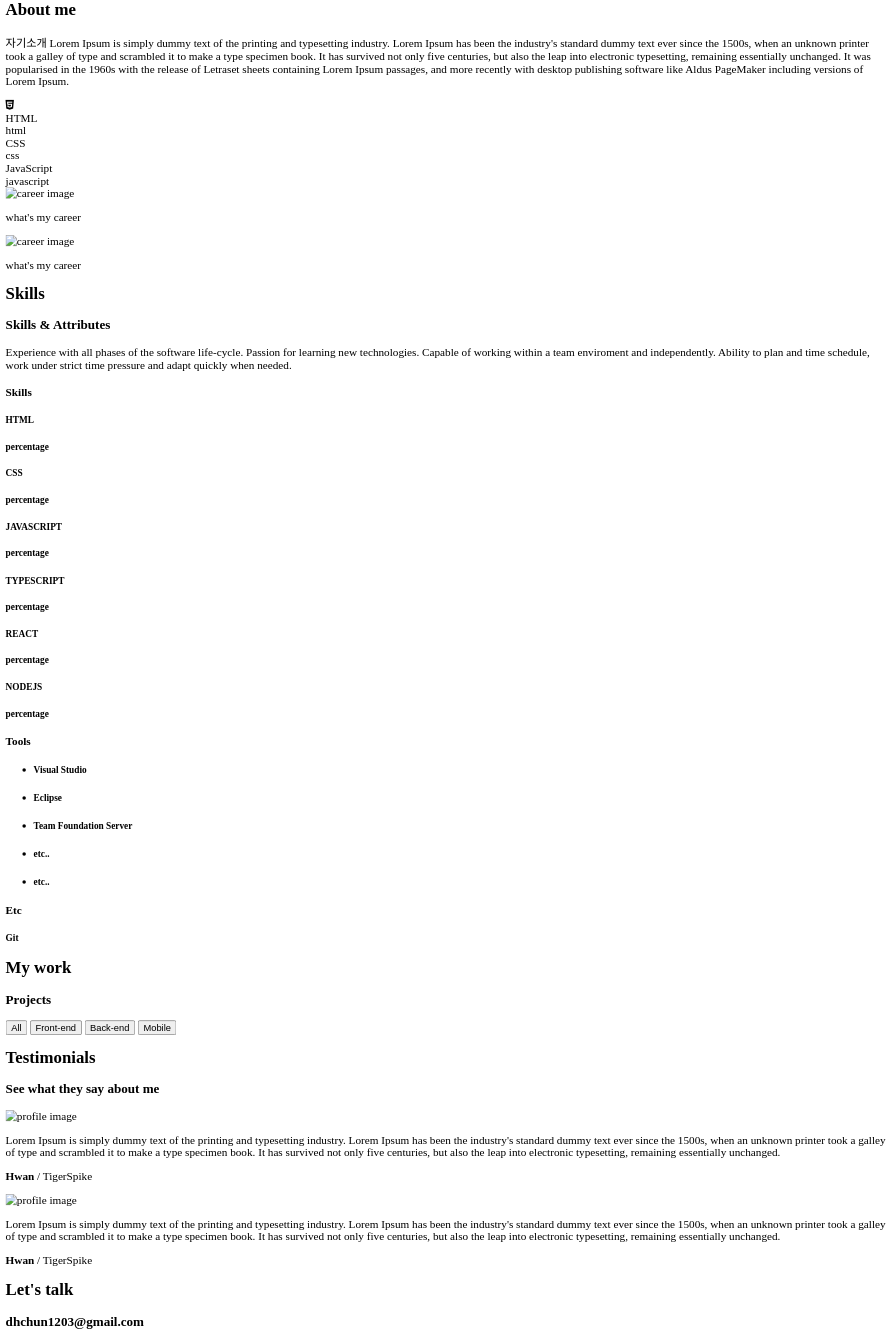
Repository: dhchun1203/Portfolio
Page: index.html
The author's editor kept a copy of each file at every save. The page is drawn from the files as they stood at one save, then again after the next save.
The browser window is 1280 px wide. The pictures show the part of the page from y = 652 to 2552 px (the page is 2603 px tall before and 2639 px after), at 70% of full size.
A picture or video elsewhere on the page could not be fetched, so the positions and the page height are approximate. Some web libraries are served in a nearby version.

Above is the page before, as saved 2020-12-03 22:16:08.

### index.html
<!DOCTYPE html>
<html lang="en">
	<head>
		<meta charset="UTF-8" />
		<meta name="viewport" content="width=device-width, initial-scale=1.0" />
		<title>Hwan's Portfolio</title>
		<meta
			name="description"
			content="portfolio for world-renowned software engineer Hwan"
		/>
		<meta name="author" content="Hwan" />
		<link rel="icon" type="image/png" href="imgs/favicon.png" />
		<script
			src="https://kit.fontawesome.com/8b98a99811.js"
			crossorigin="anonymous"
		></script>
		<link rel="preconnect" href="https://fonts.gstatic.com" />
		<link
			href="https://fonts.googleapis.com/css2?family=Open+Sans:wght@400;600;700&display=swap"
			rel="stylesheet"
		/>
		<link rel="stylesheet" href="style.css" />
		<script src="main.js" defer></script>
	</head>
	<body>
		<!-- Navbar -->
		<nav id="navbar">
			<div class="navbar__logo">
				<i class="fab fa-diaspora"></i>
				<a href="#">Hwan</a>
			</div>
			<div class="navbar__menu">
				<ul class="navbar__menu">
					<li class="navbar__menu__item">Home</li>
					<li class="navbar__menu__item">About</li>
					<li class="navbar__menu__item">Skills</li>
					<li class="navbar__menu__item">My work</li>
					<li class="navbar__menu__item">Testimonial</li>
					<li class="navbar__menu__item">Contact</li>
				</ul>
			</div>
		</nav>
		<!-- Home -->
		<section id="home">
			<img class="home__avatar" src="imgs/profile.jpg" alt="profile" />

			<h1 class="home__title">Hello, <br />Let me introduce myself!</h1>

			<h2 class="home__description">
				A frontend Developer currently residing in Yongin, South Korea.
			</h2>
			<button class="home__contact">CONTACT ME</button>
		</section>
		<!-- About -->
		<!-- modify BEM naming -->
		<section id="about">
			<h1>About me</h1>
			<p>
				자기소개 Lorem Ipsum is simply dummy text of the printing and
				typesetting industry. Lorem Ipsum has been the industry's standard dummy
				text ever since the 1500s, when an unknown printer took a galley of type
				and scrambled it to make a type specimen book. It has survived not only
				five centuries, but also the leap into electronic typesetting, remaining
				essentially unchanged. It was popularised in the 1960s with the release
				of Letraset sheets containing Lorem Ipsum passages, and more recently
				with desktop publishing software like Aldus PageMaker including versions
				of Lorem Ipsum.
			</p>
			<div class="about__majors">
				<div class="major">
					<div class="major__icon"><i class="fab fa-html5"></i></div>
					<div class="major__title">HTML</div>
					<div class="major__description">html</div>
				</div>
				<div class="major">
					<div class="major__icon"></div>
					<div class="major__title">CSS</div>
					<div class="major__description">css</div>
				</div>
				<div class="major">
					<div class="major__icon"></div>
					<div class="major__title">JavaScript</div>
					<div class="major__description">javascript</div>
				</div>
			</div>
			<!-- <div class="about__spec">
				<div class="about__spec__item">
					<img src="" alt="HtmlImage" />
					<h3>HTML</h3>
					<p>html</p>
				</div>
				<div class="about__spec__item">
					<img src="" alt="CssImage" />
					<h3>CSS</h3>
					<p>css</p>
				</div>
				<div class="about__spec__item">
					<img src="" alt="JavaScriptImage" />
					<h3>JavaScript</h3>
					<p>javascript</p>
				</div>
			</div> -->
			<div class="career">
				<div class="career__item">
					<img class="career__image" src="" alt="career image" />
					<p>what's my career</p>
				</div>
				<div class="career__item">
					<img class="career__image" src="" alt="career image" />
					<p>what's my career</p>
				</div>
			</div>
		</section>
		<!-- Skills -->
		<section id="skills">
			<h2 class="skills__title">Skills</h2>
			<h3 class="skills__subTitle">Skills & Attributes</h3>
			<p class="skills__description">
				Experience with all phases of the software life-cycle. Passion for
				learning new technologies. Capable of working within a team enviroment
				and independently. Ability to plan and time schedule, work under strict
				time pressure and adapt quickly when needed.
			</p>
			<div class="skills__summary">
				<div class="skills__summary__box">
					<h4 class="skills__summary__title">Skills</h4>
					<div class="skills__summary__content">
						<div class="skills__summary__skill">
							<div class="skill__header">
								<h5>HTML</h5>
								<h5>percentage</h5>
							</div>
							<div class="skill__percentageBar"></div>
						</div>
						<div class="skills__summary__skill">
							<div class="skill__header">
								<h5>CSS</h5>
								<h5>percentage</h5>
							</div>
							<div class="skill__percentageBar"></div>
						</div>
						<div class="skills__summary__skill">
							<div class="skill__header">
								<h5>JAVASCRIPT</h5>
								<h5>percentage</h5>
							</div>
							<div class="skill__percentageBar"></div>
						</div>
						<div class="skills__summary__skill">
							<div class="skill__header">
								<h5>TYPESCRIPT</h5>
								<h5>percentage</h5>
							</div>
							<div class="skill__percentageBar"></div>
						</div>
						<div class="skills__summary__skill">
							<div class="skill__header">
								<h5>REACT</h5>
								<h5>percentage</h5>
							</div>
							<div class="skill__percentageBar"></div>
						</div>
						<div class="skills__summary__skill">
							<div class="skill__header">
								<h5>NODEJS</h5>
								<h5>percentage</h5>
							</div>
							<div class="skill__percentageBar"></div>
						</div>
					</div>
				</div>
				<div class="skills__summary__secondBox">
					<div class="skills__summary__box">
						<h4 class="skills__summary__title">Tools</h4>
						<ul class="skills__summary__content">
							<li><h5>Visual Studio</h5></li>
							<li><h5>Eclipse</h5></li>
							<li><h5>Team Foundation Server</h5></li>
							<li><h5>etc..</h5></li>
							<li><h5>etc..</h5></li>
						</ul>
					</div>
					<div class="skills__summary__box">
						<h4 class="skills__summary__title">Etc</h4>
						<h5>Git</h5>
					</div>
				</div>
			</div>
		</section>
		<!-- My work -->
		<section id="myWork">
			<h2 class="myWork__title">My work</h2>
			<h3 class="myWork__subTitle">Projects</h3>
			<div class="myWork__menu">
				<button class="myWork__menu__btn">All</button>
				<button class="myWork__menu__btn">Front-end</button>
				<button class="myWork__menu__btn">Back-end</button>
				<button class="myWork__menu__btn">Mobile</button>
			</div>
			<div class="myWork__displayItems"></div>
		</section>
		<!-- Testimonial -->
		<section id="testimonial">
			<h2 class="testimonial__title">Testimonials</h2>
			<h3 class="testimonial__subTitle">See what they say about me</h3>
			<div class="testimonial__content">
				<div class="testimonial__content__item">
					<img src="" alt="profile image" class="testimonial__avatar" />
					<div class="testimonial__mention">
						<p>
							Lorem Ipsum is simply dummy text of the printing and typesetting
							industry. Lorem Ipsum has been the industry's standard dummy text
							ever since the 1500s, when an unknown printer took a galley of
							type and scrambled it to make a type specimen book. It has
							survived not only five centuries, but also the leap into
							electronic typesetting, remaining essentially unchanged.
						</p>
						<p><strong>Hwan</strong> / TigerSpike</p>
					</div>
				</div>
				<div class="testimonial__content__item">
					<img src="" alt="profile image" class="testimonial__avatar" />
					<div class="testimonial__mention">
						<p>
							Lorem Ipsum is simply dummy text of the printing and typesetting
							industry. Lorem Ipsum has been the industry's standard dummy text
							ever since the 1500s, when an unknown printer took a galley of
							type and scrambled it to make a type specimen book. It has
							survived not only five centuries, but also the leap into
							electronic typesetting, remaining essentially unchanged.
						</p>
						<p><strong>Hwan</strong> / TigerSpike</p>
					</div>
				</div>
			</div>
		</section>
		<!-- Contact -->
		<footer id="contact">
			<h2 class="contact__title">Let's talk</h2>
			<h3 class="contact__email">dhchun1203@gmail.com</h3>
			<div class="contact__socialMediaIcon">
				<i class=""></i>
				<i class=""></i>
			</div>
			<p class="contact__copyRight">
				2020 Dream Coding Hwan - All right reserved
			</p>
		</footer>
	</body>
</html>

### style.css
/* font-family: 'Open Sans', sans-serif; */

Loaded but not shown: main.js (no copy from this time; the picture is the same without it)

After the next save:
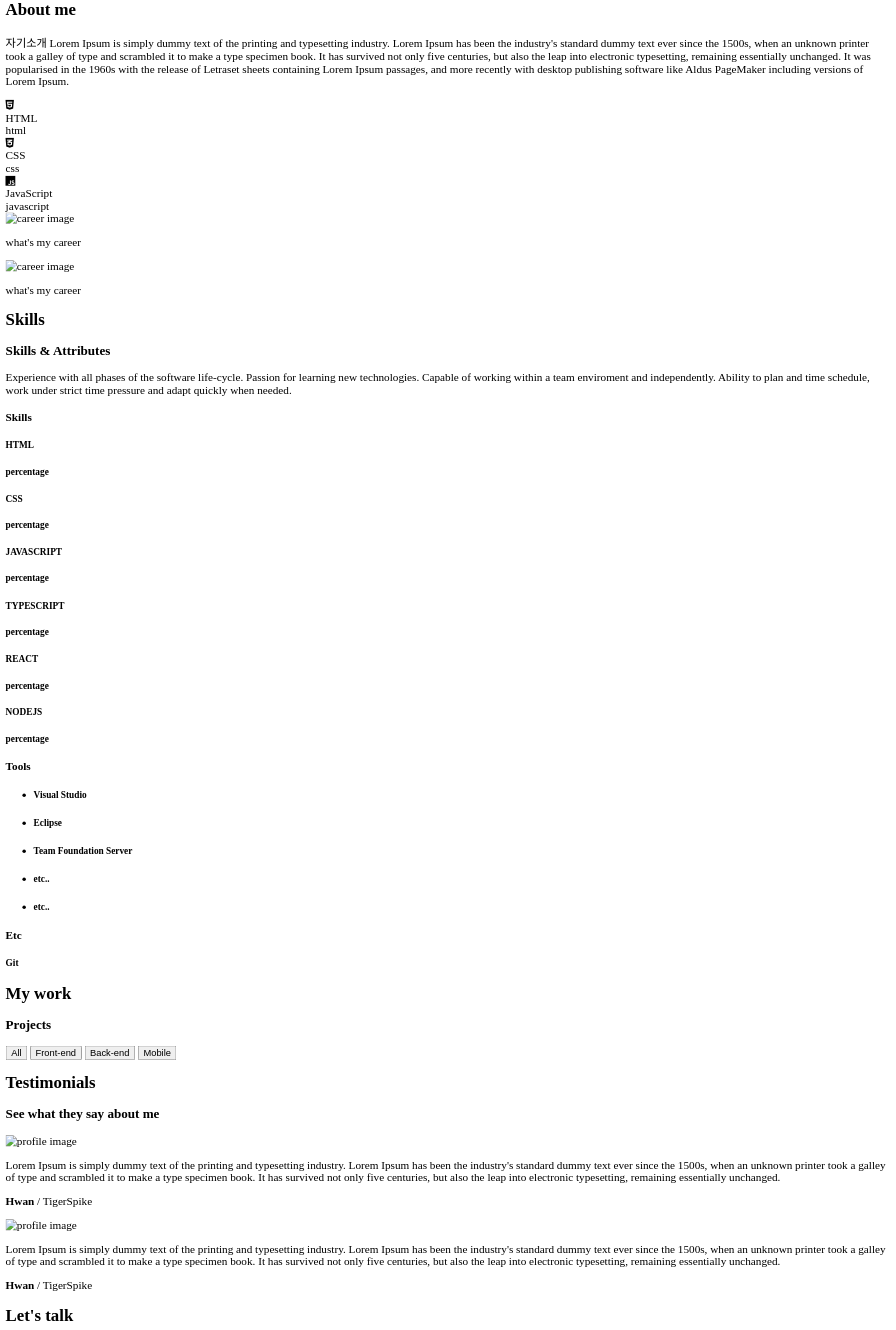
Saved 75 s later.
--- a/index.html
+++ b/index.html
@@ -73,12 +73,12 @@
 					<div class="major__description">html</div>
 				</div>
 				<div class="major">
-					<div class="major__icon"></div>
+					<div class="major__icon"><i class="fab fa-css3-alt"></i></div>
 					<div class="major__title">CSS</div>
 					<div class="major__description">css</div>
 				</div>
 				<div class="major">
-					<div class="major__icon"></div>
+					<div class="major__icon"><i class="fab fa-js"></i></div>
 					<div class="major__title">JavaScript</div>
 					<div class="major__description">javascript</div>
 				</div>
